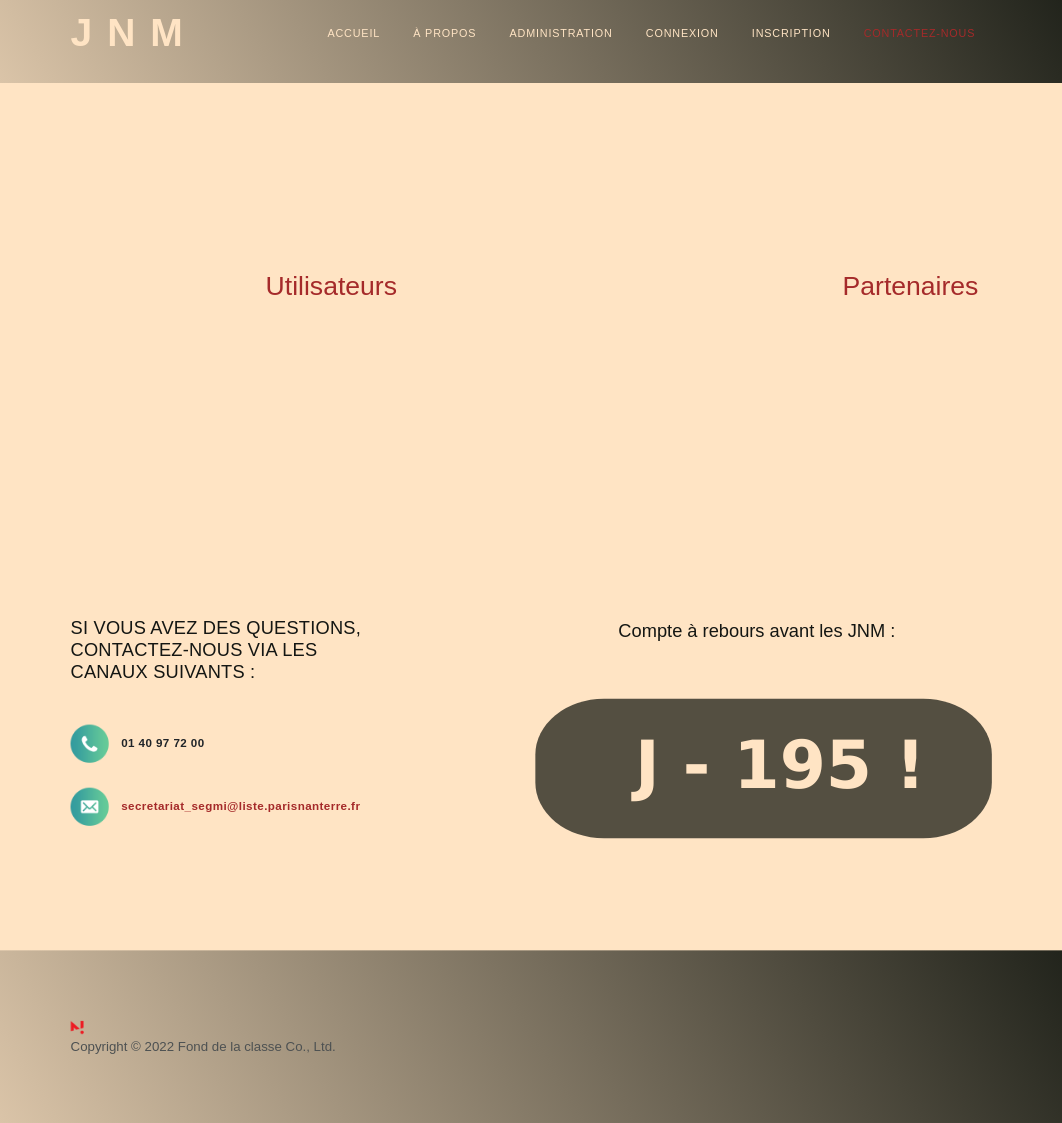
Repository: RiadNadri/ProjetWeb2022
Page: templates/Admin/admin.html.twig
The author's editor kept a copy of each file at every save. The page is drawn from the files as they stood at one save, then again after the next save.
The browser window is 1280 px wide. The pictures show the whole page, at 83% of full size.
Some web fonts or font styles are not loaded; a fallback is used. The page is a Twig template of a Symfony application; nobody is signed in and links lead nowhere. The template is opened directly, without the code that normally fills it, so the values that code supplies are empty.

Above is the page before, as saved 2022-12-24 17:02:03.

### templates/Admin/admin.html.twig
{% extends 'base.html.twig' %}

{% block title %} Administration {% endblock %}


{% block body %}

<style>
    .buttonUser{
        margin-top: 25%;
        margin-bottom: 20%;
        margin-left: 25%;
        font-size: xx-large;
    }
    .buttonPartenaire{
        margin-left:55%;
        font-size: xx-large;
    }
</style>

<div class="section">
    <div class="buttonUser" >
        <a href="{{path('app_user')}}">Utilisateurs</a>
        <a class="buttonPartenaire" href="{{path('app_partenaire')}}">Partenaires</a>
    </div>
</div>
{% endblock %}

### templates/base.html.twig
<!DOCTYPE html>
<html>
    <head>
        <meta charset="UTF-8">
        <title>{% block title %}{% endblock %} - JNM</title>
        <meta name="viewport" content="width=device-width, initial-scale=1, shrink-to-fit=no">
        <meta name="description" content="">
        <meta name="author" content="">
        <link href="https://fonts.googleapis.com/css?family=Raleway:100,200,300,400,500,600,700,800,900&display=swap" rel="stylesheet">
        <link rel="shortcut icon" type= "image/png" href="{{ asset('img/favicon.png')}}" />

        {# Run `composer require symfony/webpack-encore-bundle` to start using Symfony UX #}

        <link rel="stylesheet" href="{{ asset('assets/css/bootstrap.min.css')}}">
        <link rel="stylesheet" href="{{ asset('assets/css/templatemo-breezed (1).css')}}">

        {% block stylesheets %}{% endblock %}

        {% block javascripts %}{% endblock %}
    </head>
    <body>

        <header class="header-area header-sticky">
        <div class="container">
            <div class="row">
                <div class="col-12">
                    <nav class="main-nav">
                        <!-- ***** Logo Start ***** -->
                        <a href="{{path('app_accueil')}}" class="logo">
                            JNM
                        </a>
                        <!-- ***** Logo End ***** -->
                        <!-- ***** Menu Start ***** -->
                        <ul class="nav">
                            <li class="scroll-to-section"><a href="{{path('app_accueil')}}" >Accueil</a></li>
                            <li class="scroll-to-section"><a href="#about">À propos</a></li>
                            <li class="scroll-to-section"><a href="{{path('app_admin')}}">Administration</a></li>
                            <li class="scroll-to-section"><a href="{{path('app_connexion')}}">Connexion</a></li>
                            {% if app.user %}
                                <li class="scroll-to-section"><a href="#réservation">Réservation</a></li>
                                <li class="scroll-to-section"><a href="{{path('app_profil')}}">Mon profil</a></li>
                                <li class="scroll-to-section"><a href="{{path('app_deconnexion')}}">Deconnexion</a></li>
                            {% else %}
                                <li class="scroll-to-section"><a href="{{path('app_inscription')}}">Inscription</a></li>
                            {% endif %}
                            <li class="scroll-to-section"><a href="#contact-us" class="active">Contactez-Nous</a></li>


                        </ul>

                        <!-- ***** Menu End ***** -->
                    </nav>
                </div>
            </div>
        </div>
    </header>

    {% block body %}
    <section class="section" id="about">
        <div class="container">
            <div class="row">
                <div class="col-lg-6 col-md-6 col-xs-12">
                    <div class="left-text-content">
                        <div class="section-heading">
                            <h6>À propos des Journées Nationales de la MIAGE</h6>
                            <h2>Certains de nos partenaires</h2>
                        </div>
                        <div class="row">
                            <div class="col-md-6 col-sm-6">
                                <div class="service-item">
                                    <a href="https://pepsi.fr/" rel ="nofollow noopener" target="_blank"> <img src="{{ asset('img/Pepsi-Logo-PNG-Pic.png')}}" alt=""> </a>
                                    <h4><a rel="nofollow noopener" href="https://pepsi.fr/" target="_blank">Pepsi</a></h4>
                                </div>
                            </div>
                            <div class="col-md-6 col-sm-6">
                                <div class="service-item">
                                    <a href="https://www.beinsports.com/france/" rel ="nofollow noopener" target="_blank"> <img src="{{ asset('img/Bein_sport_logo.png')}}" alt=""> </a>
                                    <h4><a rel="nofollow noopener" href="https://www.beinsports.com/france/" target="_blank">BeIn Sport</a></h4>
                                </div>
                            </div>
                            <div class="col-md-6 col-sm-6">
                                <div class="service-item">
                                    <a href="https://www.canalplus.com/" rel ="nofollow noopener" target="_blank"> <img src="{{ asset('img/canal-logo-png-transparent.png')}}" alt=""> </a>
                                    <h4><a rel="nofollow noopener" href="https://www.canalplus.com/" target="_blank">Canal +</a></h4>
                                </div>
                            </div>
                            <div class="col-md-6 col-sm-6">
                                <div class="service-item">
                                    <a href="https://www.wwf.fr/" rel ="nofollow noopener" target="_blank"> <img src="{{ asset('img/panda.png')}}" alt=""> </a>
                                    <h4><a rel="nofollow noopener" href="https://www.wwf.fr/" target="_blank">WWF</a></h4>
                                </div>
                            </div>
                            <div class="col-md-12">
                                <a href="#" class="main-button-icon">
                                    En savoir plus
                                </a>
                            </div>
                        </div>
                    </div>
                </div>
                <div class="col-lg-6 col-md-6 col-xs-12">
                    <div class="right-text-content">
                        <p>Les Journées Nationales de la Miage sont organisées par <a rel="nofollow noopener" href="https://www.parisnanterre.fr/" target="_blank">L'Université Paris Nanterre</a> en 2023.
                        <br><br>Du 01/06/2023 au 04/06/2023 venez participer aux Journées Nationales de la MIAGE aux portes de Paris sur le campus de Nanterre. Retrouvez-y toutes les MIAGE de France pour partager un bon moment.
                      <br><br>Prenez part aux différentes activités et profitez-en pour élargir votre réseau miagiste !</p>
                    </div>
                </div>
            </div>
        </div>
    </section>

    <section class="section" id="features">
        <div class="container">
            <div class="row">
                <div class="col-lg-4 col-md-6 col-sm-12 col-xs-12" data-scroll-reveal="enter left move 30px over 0.6s after 0.4s">
                    <div class="features-item">
                        <div class="features-icon">
                            <img src="{{ asset('img/Icone.png')}}" height="30px" width="30px" alt="">
                        </div>
                        <div class="features-content">
                            <h4>Le campus de Nanterre</h4>
                            <p>Situé à proximité du quartier d'affaires da La Défense, le campus de Nanterre s'étend sur 30 hectares.<br> Chaque année, il accueille plus de 40 000 étudiants et met à leur disposition divers types d'infrastructures permettant de pratiquer des activités sportives et culturelles !</p>
                            <a href="https://www.parisnanterre.fr/" target="_blank" class="text-button-icon">
                                En savoir plus
                            </a>
                        </div>
                    </div>
                </div>
                <div class="col-lg-4 col-md-6 col-sm-12 col-xs-12" data-scroll-reveal="enter bottom move 30px over 0.6s after 0.4s">
                    <div class="features-item">
                        <div class="features-icon">
                            <img src="{{ asset('img/miage.png')}}" height="30px" width="30px" alt="">
                        </div>
                        <div class="features-content">
                            <h4>La Miage de Nanterre</h4>
                            <p>Intégrée au sein de l'Unité de Formation et de Recherche
                                <a href="https://ufr-segmi.parisnanterre.fr/" rel="nofollow noopener" target="_blank">
                                SEGMI
                                </a> au bâtiment Allais (G), la MIAGE de Nanterre</p>
                            <a href="https://miage.parisnanterre.fr/" class="text-button-icon">
                                En savoir plus
                            </a>
                        </div>
                    </div>
                </div>
                <div class="col-lg-4 col-md-6 col-sm-12 col-xs-12" data-scroll-reveal="enter right move 30px over 0.6s after 0.4s">
                    <div class="features-item">
                        <div class="features-icon">
                            <img src="{{ asset('img/eiffel.png')}}" height="50px" width="50px"alt="">
                        </div>
                        <div class="features-content">
                            <h4>Le séjour à Paris</h4>
                            <p>Vous pourrez profiter d'ếtre aux portes de Paris pour visiter la capitale. La ligne du RER A vous permettra de rejoindre le centre-ville en moins de 30 minutes.<br> Allez explorer le 1er arrondissement riche en culture, ou manger dans l'un des 18 000 restaurants parisiens !</p>
                            <a href="https://www.parisinfo.com/visiter-a-paris" class="text-button-icon">
                                En savoir plus
                            </a>
                        </div>
                    </div>
                </div>
            </div>
        </div>
    </section>
    {% endblock %}


    <!-- ***** Contact Us Area Starts ***** -->
    <section class="section" id="contact-us">
        <div class="container">
            <div class="row">
                <div class="col-lg-4 col-md-4 col-xs-12">
                    <div class="left-text-content">
                        <div class="section-heading">
                            <h6>Si vous avez des questions, Contactez-nous via les canaux suivants :</h6>
                        </div>
                        <ul class="contact-info">
                            <li><img src="{{ asset('img/contact-info-01.png')}}" alt="">01 40 97 72 00</li>
                            <li><img src="{{ asset('img/contact-info-02.png')}}" alt=""><a href="mailto:secretariat_segmi@liste.parisnanterre.fr">secretariat_segmi@liste.parisnanterre.fr</a></li>
                        </ul>
                    </div>
                </div>

                <div class="col-lg-8 col-md-6 col-xs-12">
                    <div class="section-heading">
                        <h7>Compte à rebours avant les JNM :</h7>
                    </div>
                    <div class="cpt">

                        <label id="Compte"></label>
                            <script type="text/javascript" >
                                var Affiche=document.getElementById("Compte");
                                function Rebour() {
                                 var date1 = new Date();
                                 var date2 = new Date ("Jun 1, 2023 00:00:00");
                                 var sec = (date2 - date1) / 1000;
                                 var n = 24 * 3600;
                                 if (sec > 0) {
                                        j = Math.floor (sec / n);
                                        Affiche.innerHTML = "J - " + j + " !";
                                 }
                                 tRebour=setTimeout ("Rebour();", 1000);
                                }
                             Rebour();
                            </script>

                    </div>
                </div>

            </div>
        </div>
    </section>


    </body>


    <!-- ***** Footer Start ***** -->
    <footer>
        <div class="container">
            <div class="row">
                <div class="col-lg-6 col-xs-12">
                    <div class="left-text-content">
                        <a rel="nofollow noopener" href="https://www.parisnanterre.fr/" target="_blank"><img src="{{ asset('img/Icone.png')}}" alt=""><br>Copyright &copy; 2022 Fond de la classe Co., Ltd. </a>
                    </div>
                </div>

            </div>
        </div>
    </footer>
</html>

Loaded but not shown: public/assets/css/bootstrap.min.css (library); public/assets/css/templatemo-breezed (1).css (908 lines, source omitted)

After the next save:
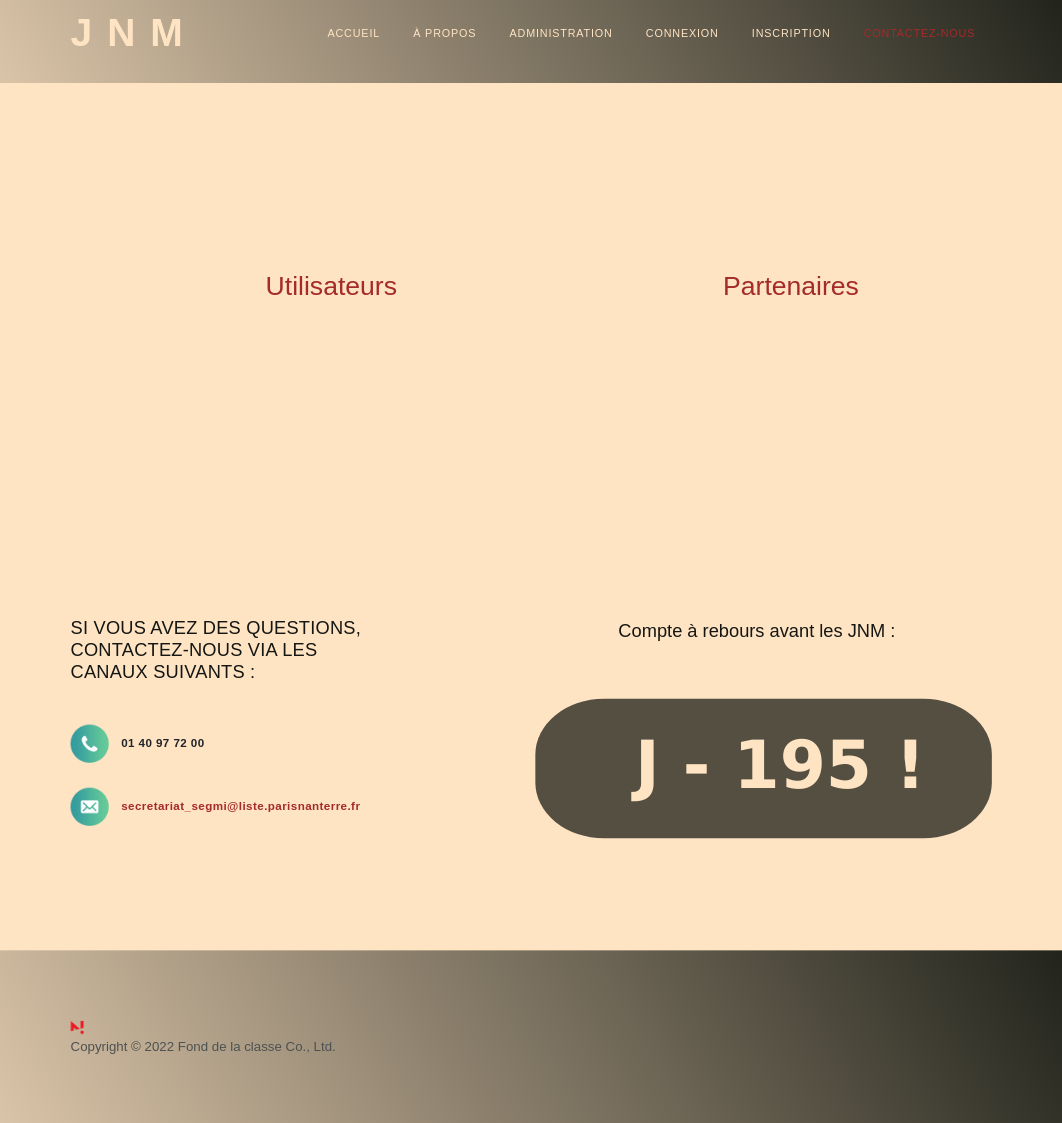
Saved 17 s later.
--- a/templates/Admin/admin.html.twig
+++ b/templates/Admin/admin.html.twig
@@ -13,7 +13,7 @@
         font-size: xx-large;
     }
     .buttonPartenaire{
-        margin-left:55%;
+        margin-left:40%;
         font-size: xx-large;
     }
 </style>
